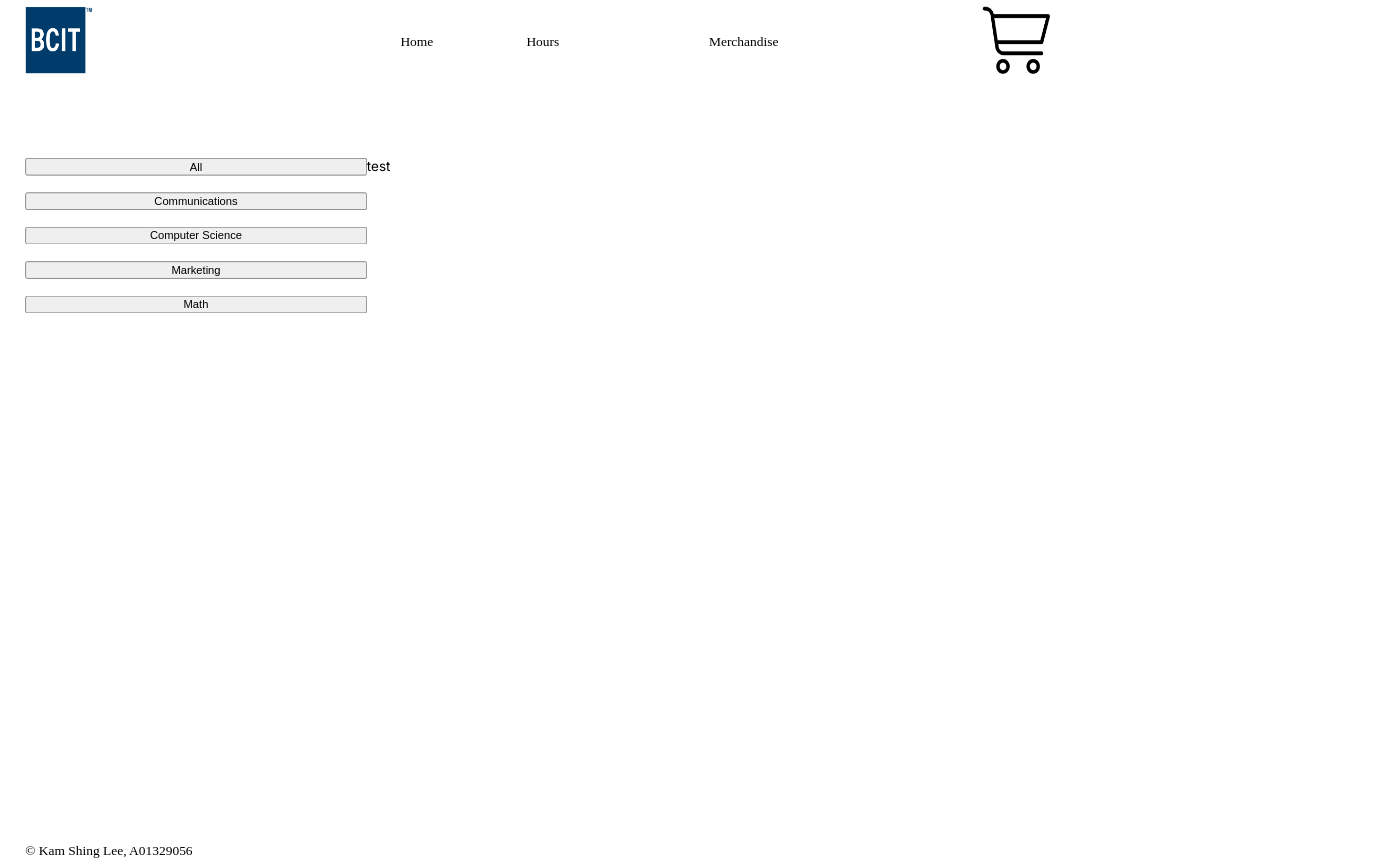
Repository: klee616/assessment3
Page: /
An editor plug-in stored every save of this project. The page is shown before and after the next save, followed by the edit.
The browser window is 1280 px wide. The page is 1657 px wide, so the pictures cover 1657 px, including what lies to the right of the window. The pictures show the whole page, at 84% of full size.
The project was rebuilt for these pictures with package versions that can differ from the ones it lists, and the page was loaded fresh each time. The framework's server and built-in components were replaced by stand-ins that run in the browser. Also part of the build but not shown: next.config.mjs.

Above is the page before, as saved 2024-02-06 00:42:15.

### pages/index.js
import Head from "next/head";
import { Inter } from "next/font/google";
import styles from "@/styles/Home.module.css";
import layout from "@/styles/layout.module.css"
import Header from "@/components/Header";
import Footer from "@/components/Footer";

const inter = Inter({ subsets: ["latin"] });

export default function Home() {
  return (
    <>
      <Head>
        <title>BCIT Book Store</title>
        <meta name="description" content="All online pick-up orders are available at the Burnaby Campus Bookstore (SE2). Please allow 2-3 business days for order processing." />
        <meta name="viewport" content="width=device-width, initial-scale=1" />
        <link rel="icon" href="/favicon.ico" />
      </Head>

      <Header />
      <main className={`${styles.main} ${inter.className}`}>
        <div className={`${layout['row']}`}>
          <div className={`${layout['col-lg-4']} ${layout['col-md-4']} ${layout['col-lg-4']}}`}>
            <div className={styles['aside-containera']}>
              <button>All</button>
              <button>Communications</button>
              <button>Computer Science</button>
              <button>Marketing</button>
              <button>Math</button>
            </div>
          </div>
          <div className={`${layout['col-lg-8']} ${layout['col-md-8']} ${layout['col-lg-8']}}`}>

            <div className={`${layout['row']}`}>

            <div className={`${layout['col-lg-12']} ${layout['col-md-12']} ${layout['col-lg-12']}}`}>
              test
              </div>
              <div className={`${layout['col-lg-4']} ${layout['col-md-4']} ${layout['col-lg-4']}}`}>

              </div>
            </div>
          </div>
        </div>
      </main>
      <Footer />
    </>
  );
}

### styles/globals.css
:root {
  --background-color: #fff;
  --highlight: #FFF400;
  --blue: #003C71;
  --white-text: #fff;
  --product-background: rgb(245, 245, 245);
}

a{
  color: inherit;
  text-decoration: none;
}

### styles/Home.module.css
.main {
  display: flex;
  flex-direction: column;
  justify-content: space-between;
  align-items: center;
  padding: 6rem;
  min-height: 100vh;
}
.aside-containera{
  display: flex;
  flex-direction: column;
  flex-wrap: nowrap;
  row-gap: 20px;
}

### styles/layout.module.css

.row {
    display: flex;
    flex-direction: row;
    flex-wrap: wrap;
    justify-content: left;
    align-items: stretch;
  }

  .col-lg-12, .col-md-12, .col-sm-12{
      flex: 0 0 12;
      width: calc(100% / 12 * 12);
  }

  .col-lg-11, .col-md-11, .col-sm-11{
      flex: 0 0 11;
      width: calc(100% / 12 * 11);
  }

  .col-lg-10, .col-md-10, .col-sm-10{
      flex: 0 0 10;
      width: calc(100% / 12 * 10);
  }

  .col-lg-9, .col-md-9, .col-sm-9{
      flex: 0 0 9;
      width: calc(100% / 12 * 9);
  }

  .col-lg-8, .col-md-8, .col-sm-8{
      flex: 0 0 8;
      width: calc(100% / 12 * 8);
  }

  .col-lg-7, .col-md-7, .col-sm-7{
      flex: 0 0 7;
      width: calc(100% / 12 * 7);
  }

  .col-lg-6, .col-md-6, .col-sm-6{
      flex: 0 0 6;
      width: calc(100% / 12 * 6);
  }

  .col-lg-5, .col-md-5, .col-sm-5{
      flex: 0 0 5;
      width: calc(100% / 12 * 5);
  }

  .col-lg-4, .col-md-4, .col-sm-4{
      flex: 0 0 4;
      width: calc(100% / 12 * 4);
  }

  .col-lg-3, .col-md-3, .col-sm-3{
      flex: 0 0 3;
      width: calc(100% / 12 * 3);
  }

  .col-lg-2, .col-md-2, .col-sm-2{
      flex: 0 0 2;
      width: calc(100% / 12 * 2);
  }

  .col-lg-1, .col-md-1, .col-sm-1{
      flex: 0 0 1;
      width: calc(100% / 12 * 1);
  }

  .text-align-right{
    text-align: right;
  }

  @media (min-width: 1221px ) {
    /* lg*/

    .row {
      max-width: 1220px;
      width: 100vw;
    }

    .row-wider{
      width: 992px;
    }


    .col-lg-12 {
      flex: 0 0 12;
      width: calc(100% / 12 * 12);
    }

    .col-lg-11 {
      flex: 0 0 11;
      width: calc(100% / 12 * 12);
    }

    .col-lg-10 {
      flex: 0 0 10;
      width: calc(100% / 12 * 10);
    }

    .col-lg-9 {
      flex: 0 0 9;
      width: calc(100% / 12 * 9);
    }

    .col-lg-8 {
      flex: 0 0 8;
      width: calc(100% / 12 * 8);
    }

    .col-lg-7 {
      flex: 0 0 7;
      width: calc(100% / 12 * 7);
    }

    .col-lg-6 {
      flex: 0 0 6;
      width: calc(100% / 12 * 6);
    }

    .col-lg-5 {
      flex: 0 0 5;
      width: calc(100% / 12 * 5);
    }

    .col-lg-4 {
      flex: 0 0 4;
      width: calc(100% / 12 * 4);
    }

    .col-lg-3 {
      flex: 0 0 3;
      width: calc(100% / 12 * 3);
    }

    .col-lg-2 {
      flex: 0 0 2;
      width: calc(100% / 12 * 2);
    }

    .col-lg-1 {
      flex: 0 0 1;
      width: calc(100% / 12 * 1);
    }

    .lg-hidden{
      display: none;;
    }
  }


  @media (max-width:1220px) and (min-width:701px) {
    /* md*/

    .row {
        max-width: 1440px;
        width: 100vw;

    }



    .col-md-12 {
      flex: 0 0 12;
      width: calc(100% / 12 * 12);
    }

    .col-md-11 {
      flex: 0 0 11;
      width: calc(100% / 12 * 12);
    }

    .col-md-10 {
      flex: 0 0 10;
      width: calc(100% / 12 * 10);
    }

    .col-md-9 {
      flex: 0 0 9;
      width: calc(100% / 12 * 9);
    }

    .col-md-8 {
      flex: 0 0 8;
      width: calc(100% / 12 * 8);
    }

    .col-md-7 {
      flex: 0 0 7;
      width: calc(100% / 12 * 7);
    }

    .col-md-6 {
      flex: 0 0 6;
      width: calc(100% / 12 * 6);
    }

    .col-md-5 {
      flex: 0 0 5;
      width: calc(100% / 12 * 5);
    }

    .col-md-4 {
      flex: 0 0 4;
      width: calc(100% / 12 * 4);
    }

    .col-md-3 {
      flex: 0 0 3;
      width: calc(100% / 12 * 3);
    }

    .col-md-2 {
      flex: 0 0 2;
      width: calc(100% / 12 * 2);
    }

    .col-md-1 {
      flex: 0 0 1;
      width: calc(100% / 12 * 1);
    }


    .md-hidden{
      display: none;;
    }
  }


  @media (max-width:700px) {
    /* sm*/

    .row {
        max-width: 640;
        width: 100vw;

    }


    .col-sm-12 {
      flex: 0 0 12;
      width: calc(100% / 12 * 12);
    }

    .col-sm-11 {
      flex: 0 0 11;
      width: calc(100% / 12 * 12);
    }

    .col-sm-10 {
      flex: 0 0 10;
      width: calc(100% / 12 * 10);
    }

    .col-sm-9 {
      flex: 0 0 9;
      width: calc(100% / 12 * 9);
    }

    .col-sm-8 {
      flex: 0 0 8;
      width: calc(100% / 12 * 8);
    }

    .col-sm-7 {
      flex: 0 0 7;
      width: calc(100% / 12 * 7);
    }

    .col-sm-6 {
      flex: 0 0 6;
      width: calc(100% / 12 * 6);
    }

    .col-sm-5 {
      flex: 0 0 5;
      width: calc(100% / 12 * 5);
    }

    .col-sm-4 {
      flex: 0 0 4;
      width: calc(100% / 12 * 4);
    }

    .col-sm-3 {
      flex: 0 0 3;
      width: calc(100% / 12 * 3);
    }

    .col-sm-2 {
      flex: 0 0 2;
      width: calc(100% / 12 * 2);
    }

    .col-sm-1 {
      flex: 0 0 1;
      width: calc(100% / 12 * 1);
    }

    .sm-hidden{
      display: none;
    }
  }

### components/Header/index.js
import styles from './Header.module.css'
import layout from '@/styles/Layout.module.css'
import Image from 'next/image'
import Link from 'next/link'

export default function Header() {
    return (
        <>
            <header className={`${styles['page-header']}`}>
                <div className={`${layout.row}`}>
                    <div className={`${layout['col-lg-4']} ${layout['col-md-4']} ${layout['col-sm-4']}`}>
                        <Image
                            src="/images/bcit_logo.png"
                            width={80}
                            height={80} />
                    </div>
                    <div className={`${layout['col-lg-8']} ${layout['col-md-8']} ${layout['col-sm-8']}`}>
                        <div className={styles['menu-container']}>
                            <ul className={styles['menu-list']}>
                                <li className={styles['menu-item']}>
                                    <Link href='/'>Home</Link>
                                </li>
                                <li className={styles['menu-item']}>
                                    <Link href='/'>Hours</Link>
                                </li>
                                <li className={styles['menu-item']}>
                                    <Link href='/'>Merchandise</Link>
                                </li>
                            </ul>

                            <Link href='/'>
                                <Image
                                    src="/images/shopping.png"
                                    width={80}
                                    height={80} />
                            </Link>
                        </div>
                    </div>
                </div>
            </header>
        </>
    )
}

### components/Footer/index.js
import styles from './Footer.module.css'
import layout from '@/styles/Layout.module.css'

export default function Footer(){
    return (
        <>
        <footer className={styles['page-footer']}>
            <div className={`${layout['row']}`}>
<div className={`${layout['col-lg-12']} ${layout['col-md-12']} ${layout['col-sm-12']}`}>
    &copy; Kam Shing Lee, A01329056
</div>
</div>
        </footer>
        </>
    )
}

### components/Header/Header.module.css
.page-header{
    display: flex;
    flex-direction: column;
    flex-wrap: nowrap;
    align-items: center;
    justify-content: center;
  }

.menu-container{
    display: flex;
    flex-direction: row;
    flex-wrap: nowrap;
    align-content: center;
    justify-content:space-between;
    align-items: center;
}

.menu-list{
    display: flex;
    flex-direction: row;
    flex-wrap: nowrap;
    align-content: center;
    justify-content:space-around;
    align-items: center;
    list-style: none;
}

.menu-list .menu-item{
    width: 150px;
    text-align: left;
}
.menu-list .menu-item:nth-last-child(1){
    text-align: right;
}
.menu-item a{
display: block;
width: 100%;
}

### styles/Layout.module.css

.row {
    display: flex;
    flex-direction: row;
    flex-wrap: wrap;
    justify-content: left;
    align-items: stretch;
  }

  .col-lg-12, .col-md-12, .col-sm-12{
      flex: 0 0 12;
      width: calc(100% / 12 * 12);
  }

  .col-lg-11, .col-md-11, .col-sm-11{
      flex: 0 0 11;
      width: calc(100% / 12 * 11);
  }

  .col-lg-10, .col-md-10, .col-sm-10{
      flex: 0 0 10;
      width: calc(100% / 12 * 10);
  }

  .col-lg-9, .col-md-9, .col-sm-9{
      flex: 0 0 9;
      width: calc(100% / 12 * 9);
  }

  .col-lg-8, .col-md-8, .col-sm-8{
      flex: 0 0 8;
      width: calc(100% / 12 * 8);
  }

  .col-lg-7, .col-md-7, .col-sm-7{
      flex: 0 0 7;
      width: calc(100% / 12 * 7);
  }

  .col-lg-6, .col-md-6, .col-sm-6{
      flex: 0 0 6;
      width: calc(100% / 12 * 6);
  }

  .col-lg-5, .col-md-5, .col-sm-5{
      flex: 0 0 5;
      width: calc(100% / 12 * 5);
  }

  .col-lg-4, .col-md-4, .col-sm-4{
      flex: 0 0 4;
      width: calc(100% / 12 * 4);
  }

  .col-lg-3, .col-md-3, .col-sm-3{
      flex: 0 0 3;
      width: calc(100% / 12 * 3);
  }

  .col-lg-2, .col-md-2, .col-sm-2{
      flex: 0 0 2;
      width: calc(100% / 12 * 2);
  }

  .col-lg-1, .col-md-1, .col-sm-1{
      flex: 0 0 1;
      width: calc(100% / 12 * 1);
  }

  .text-align-right{
    text-align: right;
  }

  @media (min-width: 1221px ) {
    /* lg*/

    .row {
      max-width: 1220px;
      width: 100vw;
    }

    .row-wider{
      width: 992px;
    }


    .col-lg-12 {
      flex: 0 0 12;
      width: calc(100% / 12 * 12);
    }

    .col-lg-11 {
      flex: 0 0 11;
      width: calc(100% / 12 * 12);
    }

    .col-lg-10 {
      flex: 0 0 10;
      width: calc(100% / 12 * 10);
    }

    .col-lg-9 {
      flex: 0 0 9;
      width: calc(100% / 12 * 9);
    }

    .col-lg-8 {
      flex: 0 0 8;
      width: calc(100% / 12 * 8);
    }

    .col-lg-7 {
      flex: 0 0 7;
      width: calc(100% / 12 * 7);
    }

    .col-lg-6 {
      flex: 0 0 6;
      width: calc(100% / 12 * 6);
    }

    .col-lg-5 {
      flex: 0 0 5;
      width: calc(100% / 12 * 5);
    }

    .col-lg-4 {
      flex: 0 0 4;
      width: calc(100% / 12 * 4);
    }

    .col-lg-3 {
      flex: 0 0 3;
      width: calc(100% / 12 * 3);
    }

    .col-lg-2 {
      flex: 0 0 2;
      width: calc(100% / 12 * 2);
    }

    .col-lg-1 {
      flex: 0 0 1;
      width: calc(100% / 12 * 1);
    }

    .lg-hidden{
      display: none;;
    }
  }


  @media (max-width:1220px) and (min-width:701px) {
    /* md*/

    .row {
        max-width: 1440px;
        width: 100vw;

    }



    .col-md-12 {
      flex: 0 0 12;
      width: calc(100% / 12 * 12);
    }

    .col-md-11 {
      flex: 0 0 11;
      width: calc(100% / 12 * 12);
    }

    .col-md-10 {
      flex: 0 0 10;
      width: calc(100% / 12 * 10);
    }

    .col-md-9 {
      flex: 0 0 9;
      width: calc(100% / 12 * 9);
    }

    .col-md-8 {
      flex: 0 0 8;
      width: calc(100% / 12 * 8);
    }

    .col-md-7 {
      flex: 0 0 7;
      width: calc(100% / 12 * 7);
    }

    .col-md-6 {
      flex: 0 0 6;
      width: calc(100% / 12 * 6);
    }

    .col-md-5 {
      flex: 0 0 5;
      width: calc(100% / 12 * 5);
    }

    .col-md-4 {
      flex: 0 0 4;
      width: calc(100% / 12 * 4);
    }

    .col-md-3 {
      flex: 0 0 3;
      width: calc(100% / 12 * 3);
    }

    .col-md-2 {
      flex: 0 0 2;
      width: calc(100% / 12 * 2);
    }

    .col-md-1 {
      flex: 0 0 1;
      width: calc(100% / 12 * 1);
    }


    .md-hidden{
      display: none;;
    }
  }


  @media (max-width:700px) {
    /* sm*/

    .row {
        max-width: 640;
        width: 100vw;

    }


    .col-sm-12 {
      flex: 0 0 12;
      width: calc(100% / 12 * 12);
    }

    .col-sm-11 {
      flex: 0 0 11;
      width: calc(100% / 12 * 12);
    }

    .col-sm-10 {
      flex: 0 0 10;
      width: calc(100% / 12 * 10);
    }

    .col-sm-9 {
      flex: 0 0 9;
      width: calc(100% / 12 * 9);
    }

    .col-sm-8 {
      flex: 0 0 8;
      width: calc(100% / 12 * 8);
    }

    .col-sm-7 {
      flex: 0 0 7;
      width: calc(100% / 12 * 7);
    }

    .col-sm-6 {
      flex: 0 0 6;
      width: calc(100% / 12 * 6);
    }

    .col-sm-5 {
      flex: 0 0 5;
      width: calc(100% / 12 * 5);
    }

    .col-sm-4 {
      flex: 0 0 4;
      width: calc(100% / 12 * 4);
    }

    .col-sm-3 {
      flex: 0 0 3;
      width: calc(100% / 12 * 3);
    }

    .col-sm-2 {
      flex: 0 0 2;
      width: calc(100% / 12 * 2);
    }

    .col-sm-1 {
      flex: 0 0 1;
      width: calc(100% / 12 * 1);
    }

    .sm-hidden{
      display: none;
    }
  }

### components/Footer/Footer.module.css
.page-footer{
    display: flex;
    flex-direction: column;
    flex-wrap: nowrap;
    align-items: center;
    justify-content: center;
}

Loaded but not shown: pages/_app.js (common file); pages/_document.js (common file)

After the next save:
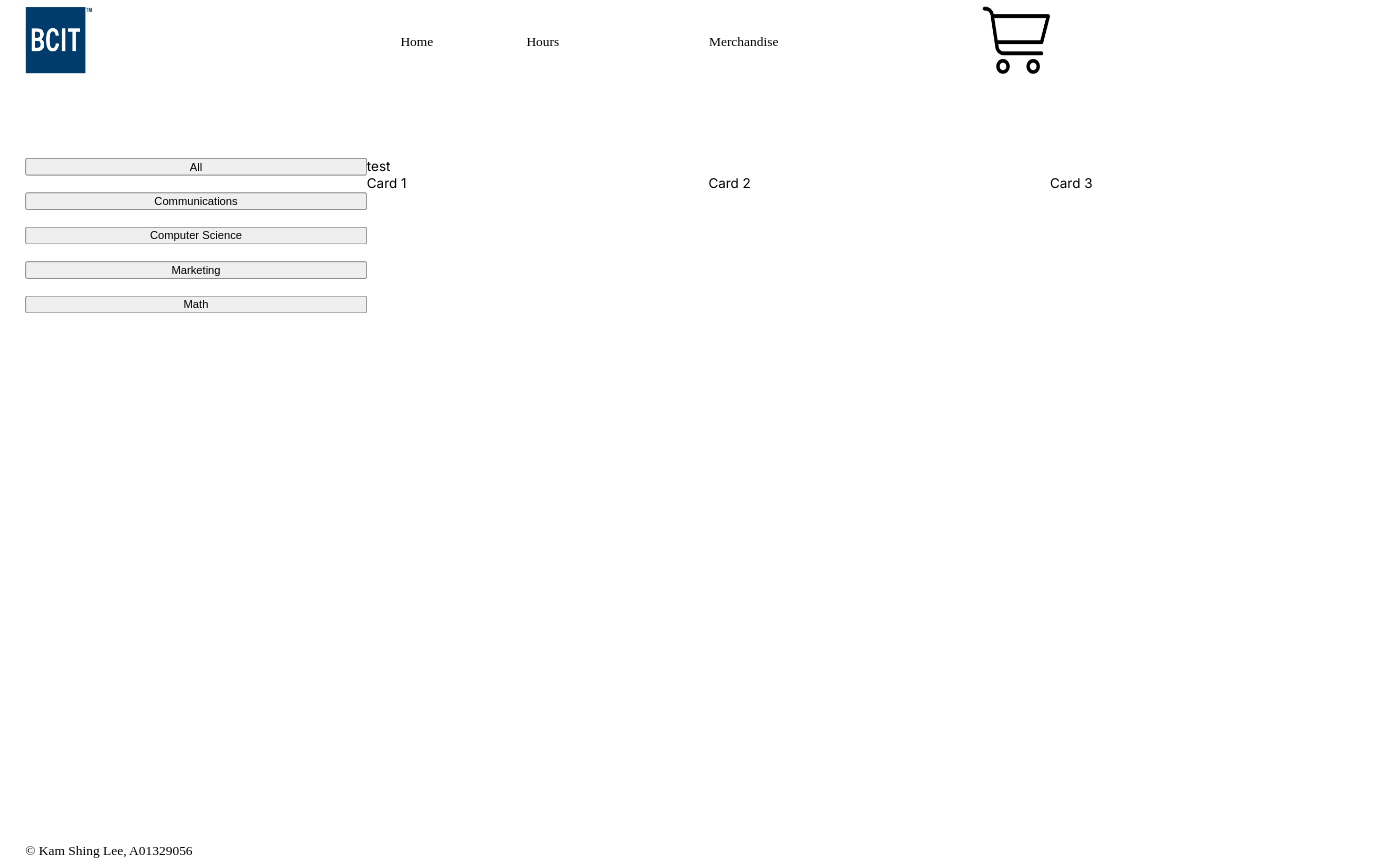
Saved 14 s later.
--- a/pages/index.js
+++ b/pages/index.js
@@ -33,11 +33,17 @@
 
             <div className={`${layout['row']}`}>
 
-            <div className={`${layout['col-lg-12']} ${layout['col-md-12']} ${layout['col-lg-12']}}`}>
-              test
+              <div className={`${layout['col-lg-12']} ${layout['col-md-12']} ${layout['col-lg-12']}}`}>
+                test
               </div>
               <div className={`${layout['col-lg-4']} ${layout['col-md-4']} ${layout['col-lg-4']}}`}>
-
+                Card 1
+              </div>
+              <div className={`${layout['col-lg-4']} ${layout['col-md-4']} ${layout['col-lg-4']}}`}>
+                Card 2
+              </div>
+              <div className={`${layout['col-lg-4']} ${layout['col-md-4']} ${layout['col-lg-4']}}`}>
+                Card 3
               </div>
             </div>
           </div>
